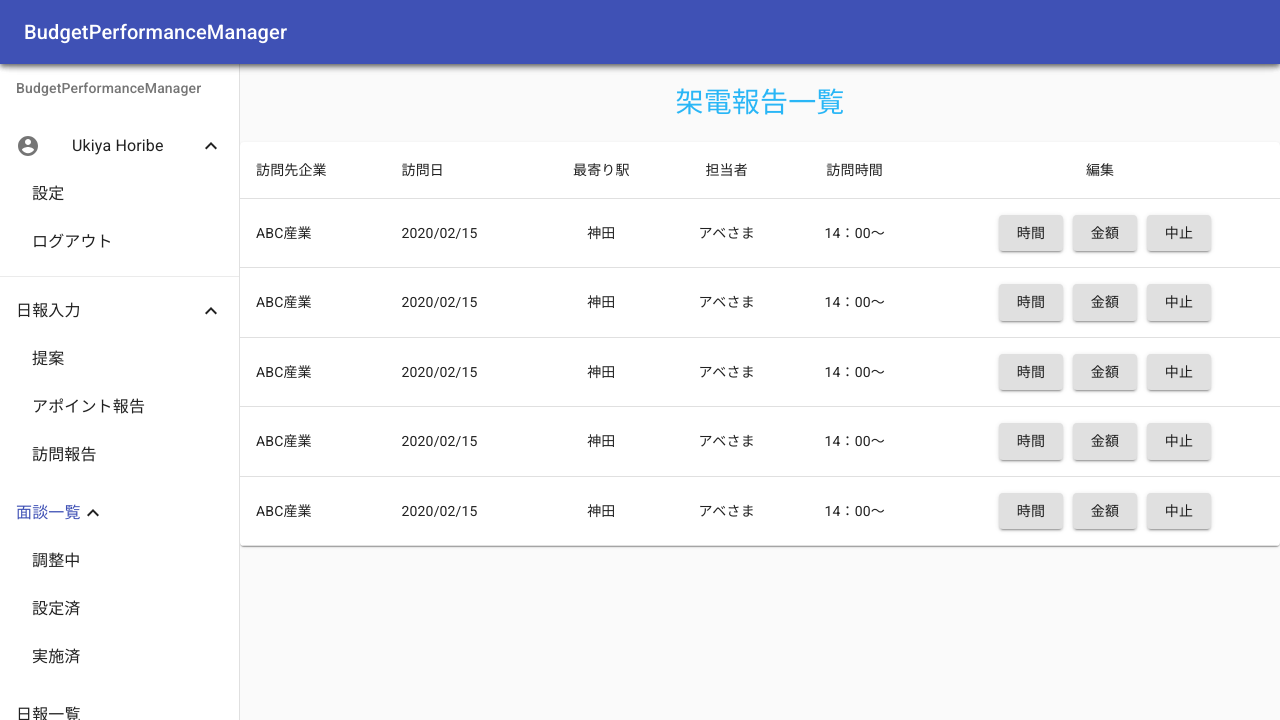
Repository: ukiyah/test
Page: /list_appointment (app in src/)
The author's editor kept a copy of each file at every save. The page is drawn from the files as they stood at one save, then again after the next save.
The browser window is 1280 px wide. The pictures show the whole page.
The project was rebuilt for these pictures with package versions that can differ from the ones it lists, and the page was loaded fresh each time. Also part of the build but not shown: src/Button.js, src/proposal/Table.js, src/proposal/list_proposal.js, src/Title.js, src/Chart.js, src/Deposits.js, src/Orders.js, src/Dashboard.js and 5 more.

Above is the page before, as saved 2020-02-25 18:35:47.

### src/index.css
body {
  margin: 0;
  font-family: -apple-system, BlinkMacSystemFont, 'Segoe UI', 'Roboto', 'Oxygen',
    'Ubuntu', 'Cantarell', 'Fira Sans', 'Droid Sans', 'Helvetica Neue',
    sans-serif;
  -webkit-font-smoothing: antialiased;
  -moz-osx-font-smoothing: grayscale;
}

code {
  font-family: source-code-pro, Menlo, Monaco, Consolas, 'Courier New',
    monospace;
}

.button {
  color: #000;
}

h1 {
  text-align: center;
  color:#29B6F6;
  font-weight: normal;
}

### src/App.js
import React from 'react';
import 'typeface-roboto';
import {
  BrowserRouter,
  Route
} from "react-router-dom";
import list_proposal from "./proposal/list_proposal";
import Dashboard from "./Dashboard";
import list_interview from "./interview/list_interview";
import list_closing from "./closing/list_closing";
import list_appointment from "./appointment/list_appointment";
class App extends React.Component{

  render() {
    return (
      <div>

        <BrowserRouter>
          <div>
            <Route exact path="/" component={Dashboard} />
            <Route path="/list_proposal" component={list_proposal} />
            <Route path="/list_interview" component={list_interview} />
            <Route path="/list_closing" component={list_closing} />
            <Route path="/list_appointment" component={list_appointment} />

          </div>
        </BrowserRouter>
        {/* <ClippedDrawer /> */}
      </div>
    );
  }

}

export default App;

### src/appointment/list_appointment.js
import React from 'react';
import { makeStyles } from '@material-ui/core/styles';
import CssBaseline from '@material-ui/core/CssBaseline';

import Drawer from "../Drawer";
import Table from "./Table";
const useStyles = makeStyles(theme => ({
  root: {
    display: 'flex',
  },
  appBarSpacer: theme.mixins.toolbar,
  content: {
    flexGrow: 1,
    height: '100vh',
    overflow: 'auto',
  },


}));

export default function Dashboard() {
  const classes = useStyles();

  return (
    <div className={classes.root}>
      <CssBaseline />
      <Drawer />
      <main className={classes.content}>
        <div className={classes.appBarSpacer} />
        <h1>架電報告一覧</h1>
        <Table />
      </main>
    </div>
  );
}

### src/Drawer.js
import React from 'react';
import { makeStyles } from '@material-ui/core/styles';
import Drawer from '@material-ui/core/Drawer';
import AppBar from '@material-ui/core/AppBar';
import CssBaseline from '@material-ui/core/CssBaseline';
import Toolbar from '@material-ui/core/Toolbar';
import Typography from '@material-ui/core/Typography';
import SimpleTable from "./proposal/Table";
import NestedList from "./NestedList";
const drawerWidth = 240;

const useStyles = makeStyles(theme => ({
  root: {
    display: 'flex',
  },
  appBar: {
    zIndex: theme.zIndex.drawer + 1,
  },
  drawer: {
    width: drawerWidth,
    flexShrink: 0,
  },
  drawerPaper: {
    width: drawerWidth,
  },
  content: {
    flexGrow: 1,
    padding: theme.spacing(3),
  },
  toolbar: theme.mixins.toolbar,
}));

export default function ClippedDrawer() {
  const classes = useStyles();

  return (
    <div className={classes.root}>
      <CssBaseline />
      <AppBar position="fixed" className={classes.appBar}>
        <Toolbar>
          <Typography variant="h6" noWrap>
            BudgetPerformanceManager
          </Typography>
        </Toolbar>
      </AppBar>
      <Drawer
        className={classes.drawer}
        variant="permanent"
        classes={{
          paper: classes.drawerPaper,
        }}
      >
        <div className={classes.toolbar} />
        <NestedList />
      </Drawer>

    </div>
  );
}

### src/appointment/Table.js
import React from 'react';
import { makeStyles } from '@material-ui/core/styles';
import Table from '@material-ui/core/Table';
import TableBody from '@material-ui/core/TableBody';
import TableCell from '@material-ui/core/TableCell';
import TableContainer from '@material-ui/core/TableContainer';
import TableHead from '@material-ui/core/TableHead';
import TableRow from '@material-ui/core/TableRow';
import Paper from '@material-ui/core/Paper';
import ContainedButtons from "../Button";
import Button from '@material-ui/core/Button';
import Drawer from "../Drawer";


const useStyles = makeStyles({
  table: {
    minWidth: 650,
  },
});

function createData(visit_company, date, station, person_in_charge, time) {
  return { visit_company, date, station, person_in_charge, time};
}

const rows = [
  createData('ABC産業','2020/02/15', '神田', 'アベさま','14：00～'),
  createData('ABC産業','2020/02/15', '神田', 'アベさま','14：00～'),
  createData('ABC産業','2020/02/15', '神田', 'アベさま','14：00～'),
  createData('ABC産業','2020/02/15', '神田', 'アベさま','14：00～'),
  createData('ABC産業','2020/02/15', '神田', 'アベさま','14：00～'),
];

export default function SimpleTable() {
  const classes = useStyles();

  return (
    <div>
      <Drawer />
      <TableContainer component={Paper}>
        <Table className={classes.table} aria-label="simple table">
          <TableHead>
            <TableRow>
              <TableCell>訪問先企業</TableCell>
              <TableCell>訪問日</TableCell>
              <TableCell align="center">最寄り駅</TableCell>
              <TableCell align="center">担当者</TableCell>
              <TableCell align="center">訪問時間</TableCell>
              <TableCell align="center">編集</TableCell>
            </TableRow>
          </TableHead>
          <TableBody>
            {rows.map(row => (
              <TableRow key={row.date}>
                <TableCell>{row.visit_company}</TableCell>
                <TableCell component="th" scope="row">
                  {row.date}
                </TableCell>
                <TableCell align="center">{row.station}</TableCell>
                <TableCell align="center">{row.person_in_charge}</TableCell>
                <TableCell align="center">{row.time}</TableCell>
                <TableCell align="center">
                    <Button variant="contained" style={{marginLeft: 10}}>時間</Button>
                    <Button variant="contained" style={{marginLeft: 10}}>金額</Button>
                    <Button variant="contained" style={{marginLeft: 10}}>中止</Button>
                </TableCell>
              </TableRow>
            ))}
          </TableBody>
        </Table>
      </TableContainer>
    </div>

  );
}

### src/NestedList.js
import React from 'react';
import { makeStyles } from '@material-ui/core/styles';
import ListSubheader from '@material-ui/core/ListSubheader';
import List from '@material-ui/core/List';
import ListItem from '@material-ui/core/ListItem';
import ListItemIcon from '@material-ui/core/ListItemIcon';
import ListItemText from '@material-ui/core/ListItemText';
import Collapse from '@material-ui/core/Collapse';
import InboxIcon from '@material-ui/icons/MoveToInbox';
import DraftsIcon from '@material-ui/icons/Drafts';
import SendIcon from '@material-ui/icons/Send';
import ExpandLess from '@material-ui/icons/ExpandLess';
import ExpandMore from '@material-ui/icons/ExpandMore';
import StarBorder from '@material-ui/icons/StarBorder';
import AccountCircle from '@material-ui/icons/AccountCircle';
import Divider from '@material-ui/core/Divider';
import Link from '@material-ui/core/Link';
const useStyles = makeStyles(theme => ({
  root: {
    width: '100%',
    maxWidth: 360,
    backgroundColor: theme.palette.background.paper,
  },
  nested: {
    paddingLeft: theme.spacing(4),
  },
}));

export default function NestedList() {
  const classes = useStyles();
  const [open1, setOpen1] = React.useState(true);
  const [open2, setOpen2] = React.useState(true);
  const [open3, setOpen3] = React.useState(true);
  const [open4, setOpen4] = React.useState(true);

  const handleClick1 = () => {
    setOpen1(!open1);
  };
  const handleClick2 = () => {
    setOpen2(!open2);
  };
  const handleClick3 = () => {
    setOpen3(!open3);
  };
  const handleClick4 = () => {
    setOpen4(!open4);
  };
  return (
    <List
      component="nav"
      aria-labelledby="nested-list-subheader"
      subheader={
        <ListSubheader component="div" id="nested-list-subheader">
          BudgetPerformanceManager
        </ListSubheader>
      }
      className={classes.root}
    >
    <div style={{marginTop: 10, marginBottom: 10}}>
      <ListItem button onClick={handleClick1}>
        <ListItemIcon>
          <AccountCircle />
        </ListItemIcon>
        <ListItemText primary="Ukiya Horibe" />
        {open1 ? <ExpandLess /> : <ExpandMore />}
      </ListItem>
      <Collapse in={open1} timeout="auto" unmountOnExit>
        <List component="div" disablePadding>
          <ListItem button className={classes.nested}>
            {/* <ListItemIcon>
              <StarBorder />
            </ListItemIcon> */}
            <ListItemText primary="設定" />
          </ListItem>
          <ListItem button className={classes.nested}>
            <ListItemText primary="ログアウト" />
          </ListItem>
        </List>
      </Collapse>
    </div>
    <Divider light/>
    <div style={{marginTop: 10}}>
      <ListItem button onClick={handleClick2}>
        <ListItemText primary="日報入力" />
        {open2 ? <ExpandLess /> : <ExpandMore />}
      </ListItem>
      <Collapse in={open2} timeout="auto" unmountOnExit>
        <List component="div" disablePadding>
          <ListItem button className={classes.nested}>
            <ListItemText primary="提案" />
          </ListItem>
          <ListItem button className={classes.nested}>
            <ListItemText primary="アポイント報告" />
          </ListItem>
          <ListItem button className={classes.nested}>
            <ListItemText primary="訪問報告" />
          </ListItem>
        </List>
      </Collapse>
    </div>
    <div style={{marginTop: 10}}>
      <ListItem button onClick={handleClick3}>
        <Link href="list_interview" >
          <ListItemText primary="面談一覧" />
        </Link>

        {open3 ? <ExpandLess /> : <ExpandMore />}
      </ListItem>
      <Collapse in={open3} timeout="auto" unmountOnExit>
        <List component="div" disablePadding>
          <ListItem button className={classes.nested}>
            <ListItemText primary="調整中" />
          </ListItem>
          <ListItem button className={classes.nested}>
            <ListItemText primary="設定済" />
          </ListItem>
          <ListItem button className={classes.nested}>
            <ListItemText primary="実施済" />
          </ListItem>
        </List>
      </Collapse>
    </div>
    <div style={{marginTop: 10}}>
      <ListItem button>
        <ListItemText primary="日報一覧" />
      </ListItem>
    </div>
    <div style={{marginTop: 10}}>
      <ListItem button onClick={handleClick4}>
        <ListItemText primary="その他の一覧" />

        {open4 ? <ExpandLess /> : <ExpandMore />}
      </ListItem>
      <Collapse in={open4} timeout="auto" unmountOnExit>
        <List component="div" disablePadding>
          <ListItem button className={classes.nested}>
            <Link href="/list_proposal" >
              <ListItemText primary="提案" />
            </Link>

          </ListItem>
          <ListItem button className={classes.nested}>
            <Link href="/list_closing" >
              <ListItemText primary="成約" />
            </Link>
          </ListItem>
          <ListItem button className={classes.nested}>
            <Link href="/list_appointment" >
              <ListItemText primary="架電報告" />
            </Link>
          </ListItem>
        </List>
      </Collapse>
    </div>
    </List>
  );
}

Loaded but not shown: src/index.js (common file); src/serviceWorker.js (common file)

After the next save:
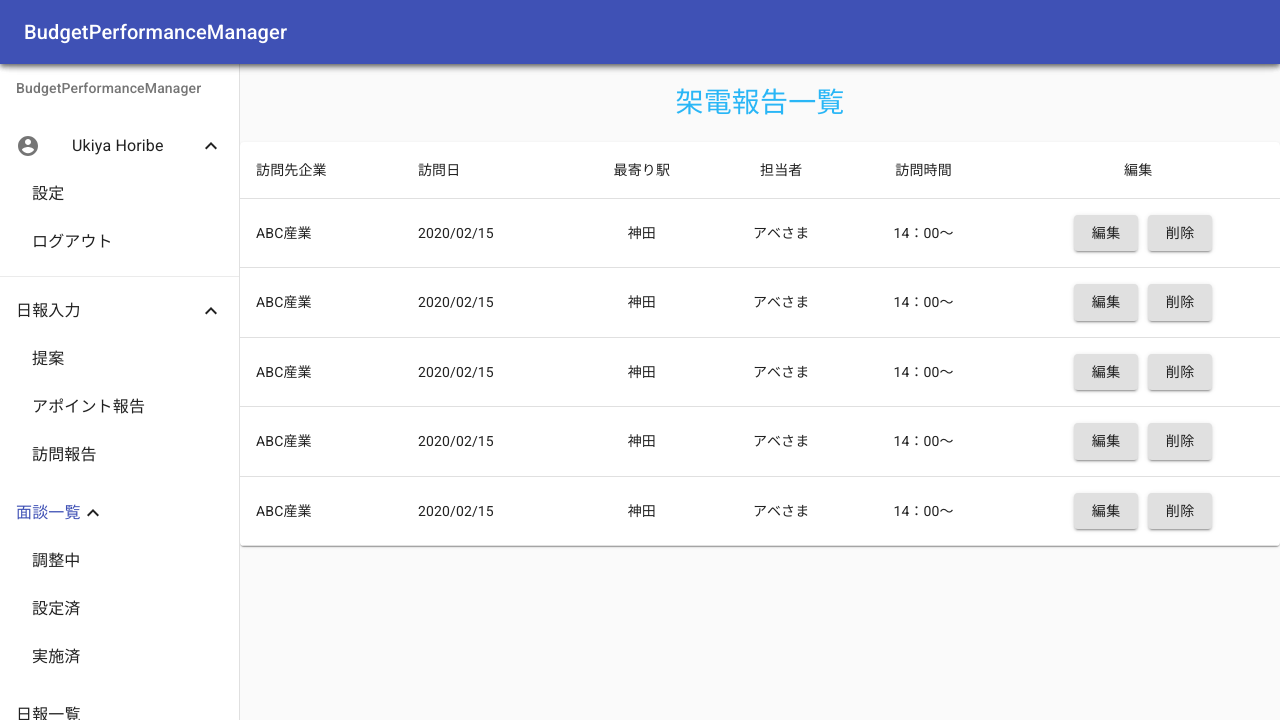
Saved 24 s later.
--- a/src/appointment/Table.js
+++ b/src/appointment/Table.js
@@ -59,9 +59,8 @@ export default function SimpleTable() {
                 <TableCell align="center">{row.person_in_charge}</TableCell>
                 <TableCell align="center">{row.time}</TableCell>
                 <TableCell align="center">
-                    <Button variant="contained" style={{marginLeft: 10}}>時間</Button>
-                    <Button variant="contained" style={{marginLeft: 10}}>金額</Button>
-                    <Button variant="contained" style={{marginLeft: 10}}>中止</Button>
+                    <Button variant="contained" style={{marginLeft: 10}}>編集</Button>
+                    <Button variant="contained" style={{marginLeft: 10}}>削除</Button>
                 </TableCell>
               </TableRow>
             ))}
